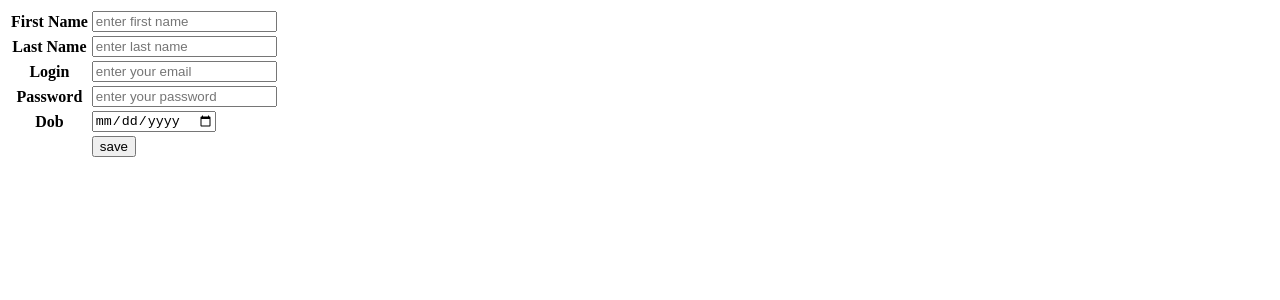
Repository: satyam1614/Advance-java
Page: http://localhost/jsp_servlet/userForm.jsp
The author's editor kept a copy of each file at every save. The page is drawn from the files as they stood at one save, then again after the next save.
The browser window is 1280 px wide. The pictures show the whole page.
The page is served by Tomcat 9.

Above is the page before, as saved 2026-01-21 11:16:13.

After the next save:
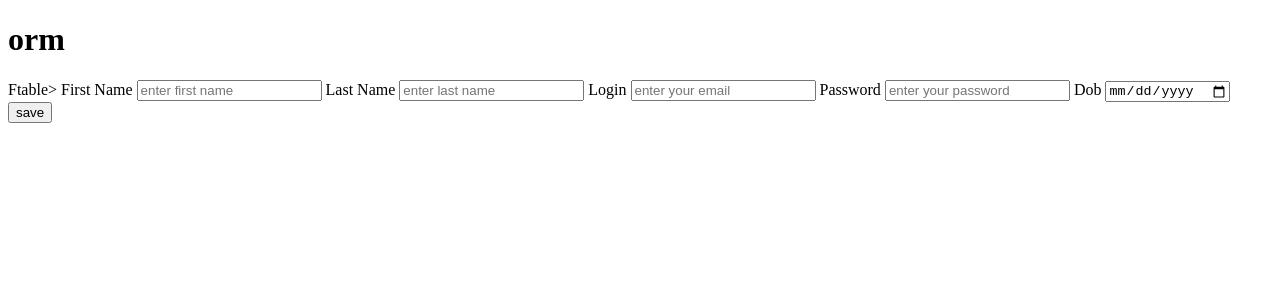
Saved 23 s later.
--- a/jsp-servlet/jsp_servlet/WebContent/userForm.jsp
+++ b/jsp-servlet/jsp_servlet/WebContent/userForm.jsp
@@ -1,5 +1,5 @@
 <%@ page language="java" contentType="text/html; charset=ISO-8859-1"
-	pageEncoding="ISO-8859-1"%>
+    pageEncoding="ISO-8859-1"%>
 <!DOCTYPE html>
 <html>
 <head>
@@ -7,51 +7,53 @@
 <title>jsp_servlet</title>
 </head>
 <body>
-	<div align="centre">
+    <div align="centre">
 
-		<form>
+    <form>
 
-			<table>
+    <h1>orm</h1>
 
-				<tr>
-					<th>First Name</th>
-					<td><input type="text" name="firstName" VALUE=""
-						placeholder="enter first name"></td>
-				</tr>
-				<tr>
-					<th>Last Name</th>
-					<td><input type="text" name="lastName" value=""
-						placeholder="enter last name"></td>
-				</tr>
+    Ftable>
 
-				<tr>
-					<th>Login</th>
-					<td><input type=" email" name="login" value=""
-						placeholder="enter your email"></td>
-				</tr>
+    <tr>
+        <th>First Name</th>
+        <td><input type="text"  name="firstName" VALUE=""
+            placeholder="enter first name"></td>
+    </tr>
+    <tr>
+        <th>Last Name</th>
+        <td><input type="text" name="lastName" value=""
+            placeholder="enter last name"></td>
+    </tr>
 
-				<tr>
-					<th>Password</th>
-					<td><input type="password" name="password" value=""
-						placeholder="enter your password "></td>
-				</tr>
+    <tr>
+        <th>Login</th>
+        <td><input type=" email" name="login" value=""
+            placeholder="enter your email"></td>
+     </tr>
+
+     <tr>
+         <th>Password</th>
+         <td><input type="password" name="password" value=""
+             placeholder="enter your password "></td>
+     </tr>
 
 
-				<tr>
-					<th>Dob</th>
-					<td><input type="date" name="dob"></td>
-				</tr>
+     <tr>
+         <th>Dob</th>
+         <td><input type="date" name="dob"></td>
+     </tr>
 
-				<tr>
-					<th></th>
-					<td><input type="submit" name="operation" value="save"></td>
-				</tr>
+     <tr>
+         <th></th>
+         <td><input type="submit" name="operation" value="save"></td>
+    </tr>
 
 
-			</table>
+    </table>
 
-		</form>
-	</div>
+    </form>
+    </div>
 
 </body>
 </html>
